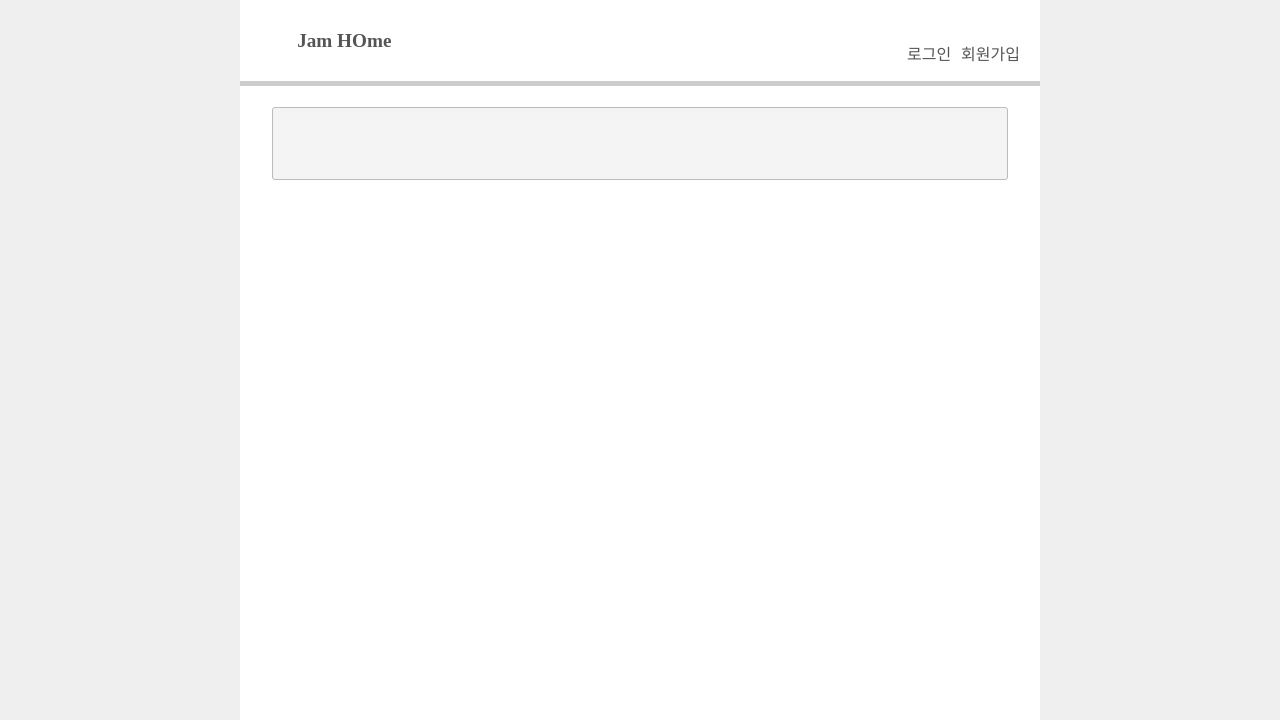
Repository: woals5636/JSPClass
Page: http://localhost/jspPro/days02/ex01.jsp
These files come from the project's save history. The page is drawn as it stood at one moment and after the next save; the edit follows.
The browser window is 1280 px wide. The pictures show the whole page.
Some web fonts or font styles are not loaded; a fallback is used. The page is served by Tomcat 9. Other server files are loaded and not shown. Queries for data that is not in the repository find no rows.

Above is the page before, as saved 2024-10-16 01:08:40.

### jspPro/src/main/webapp/days02/ex01.jsp
<%@page import="com.util.DBConn"%>
<%@page import="java.util.ArrayList"%>
<%@page import="org.doit.domain.DeptVO"%>
<%@page import="java.sql.ResultSet"%>
<%@page import="java.sql.PreparedStatement"%>
<%@page import="java.sql.Connection"%>
<%@ page contentType="text/html; charset=UTF-8" pageEncoding="UTF-8"%>
<%
	Connection conn = null;
	PreparedStatement pstmt = null;
	String sql = "SELECT * "
			+ " FROM dept";
	ResultSet rs = null;
	int deptno;
	String dname, loc;
	DeptVO vo = null;
	ArrayList<DeptVO> list = null;

	try{
		conn = DBConn.getConnection();
		// System.out.println("> conn = " + conn);
		// System.out.println("> isClosed = " + conn.isClosed());
		pstmt = conn.prepareStatement(sql);
		rs = pstmt.executeQuery();
		if( rs.next() ){
			list = new ArrayList<>();
			do{

				deptno = rs.getInt("deptno");
				dname = rs.getString("dname");
				loc = rs.getString("loc");

				vo = new DeptVO().builder().deptno(deptno).dname(dname).loc(loc).build();

				list.add(vo);

			}while( rs.next() );
		} // if

	}catch(Exception e){
		e.printStackTrace();
	}finally{
		try{
			pstmt.close();
			DBConn.close();
		}catch(Exception e){
			e.printStackTrace();
		}
	} // try catch
%>
<!DOCTYPE html>
<html>
<head>
<meta charset="UTF-8">
<title>Insert title here</title>
<link rel="shortcut icon" type="image/x-icon" href="http://localhost/jspPro/images/SiSt.ico">
<script src="https://ajax.googleapis.com/ajax/libs/jquery/3.7.1/jquery.min.js"></script>
<meta name="viewport" content="width=device-width, initial-scale=1.0">
<meta name="google" content="notranslate">
<link rel="stylesheet" href="http://localhost/jspPro/resources/cdn-main/example.css">
<script src="http://localhost/jspPro/resources/cdn-main/example.js"></script>
<style>
 span.material-symbols-outlined{
    vertical-align: text-bottom;
 }
</style>
</head>
<body>
<header>
  <h1 class="main"><a href="#" style="position: absolute;top:30px;">Jam HOme</a></h1>
  <ul>
    <li><a href="#">로그인</a></li>
    <li><a href="#">회원가입</a></li>
  </ul>
</header>
<div>
  <xmp class="code">

  </xmp>
</div>
</body>
</html>

### jspPro/src/main/java/com/util/DBConn.java
package com.util;

import java.sql.Connection;
import java.sql.DriverManager;
import java.sql.SQLException;

// 싱글톤 (Singleton)
public class DBConn {

   private static Connection conn = null;

   private DBConn() {

   }

   public static Connection getConnection() {

      if (conn == null) {
         // conn 생성...

         String className = "oracle.jdbc.driver.OracleDriver";
         String url = "jdbc:oracle:thin:@localhost:1521:xe";
         String user = "scott";
         String password = "tiger";

         // 1. JDBC 드라이버 로딩
         try {
            Class.forName(className);
            // 2. Connection
            conn = DriverManager.getConnection(url, user, password);
         } catch (ClassNotFoundException e) {
            // TODO Auto-generated catch block
            e.printStackTrace();
         } catch (SQLException e) {
            e.printStackTrace();
         }

      } // if

      return conn;

   }



   public static Connection getConnection(String url, String user, String password) {

      if (conn == null) {
         String className = "oracle.jdbc.driver.OracleDriver";

         // 1. JDBC 드라이버 로딩
         try {
            Class.forName(className);
            // 2. Connection
            conn = DriverManager.getConnection(url, user, password);
         } catch (ClassNotFoundException e) {
            // TODO Auto-generated catch block
            e.printStackTrace();
         } catch (SQLException e) {
            e.printStackTrace();
         }

      } // if

      return conn;

   } // getConnection

   public static void close() {
      try {
         if (conn != null && conn.isClosed() ) {
            conn.close();
         }
      } catch (SQLException e) {
         e.printStackTrace();
      }

      conn = null; // 중요함

   }



}

### jspPro/src/main/webapp/resources/cdn-main/example.css
@charset "UTF-8";

@import url('https://fonts.googleapis.com/css2?family=Material+Symbols+Outlined:opsz,wght,FILL,GRAD@20..48,100..700,0..1,-50..200');

@font-face {
    font-family: 'GmarketSansMedium';
    src: url('https://cdn.jsdelivr.net/gh/projectnoonnu/noonfonts_2001@1.1/GmarketSansMedium.woff') format('woff');
    font-weight: normal;
    font-style: normal;
}

:root {
	--text-color: #555;
	--sub-text-color: #777;
	--back-color: #EFEFEF;
	--header-color: #444;
	--primary-color: #DEDEDE;
	--secondary-color: #EFEFEF;
	--default-width: 800px;
	--narrow-width: 500px;
	--wide-width: 1200px;
	--text-font: 'GmarketSansMedium';
	--icon-font: 'Material Symbols Outlined';
	--border-color: #CCC;
}

html, body {
	margin: 0;
	padding: 0;
}

html {
	background-color: var(--back-color);
	display: flex;
	justify-content: center;
	min-height: 100vh;
}

body, body.default {
	width: var(--default-width);
	background-color: white;
	padding-bottom: 120px;
}

body.wide {
	width: var(--wide-width);
}

body.narrow {
	width: var(--narrow-width);
}



body, p, div, span, a, input, select, option, textarea, button, table, th, td, label, fieldset, legend {
	font-family: var(--text-font);
	color: var(--text-color);
}

h1, h2, h3 {
	font-family: var(--text-font);
	color: var(--header-color);
	padding: 0 1rem;
	padding-top: .5rem;
}

div > h1, div > h2, div > h3 {
	padding: 0;
}

body > div, body > main > div {
	padding: 0.3rem 1rem;
}


h1 { font-size: 2rem; border-bottom: 1px solid var(--border-color); }
h1 small { font-size: 1.2rem; color: var(--sub-text-color); }
h2 { font-size: 1.5rem; border-bottom: 1px dashed var(--border-color); }
h2 small { font-size: 1.1rem; color: --sub-text-color; }
h3 { font-size: 1.2rem; }
h3 small { font-size: 1rem; color: --sub-text-color; }



h1.main::before {
	font-family: var(--icon-font);
  	content: '\e666';
  	margin-right: 10px;
  	float: left;
	font-size: 2.5rem;
}

h1.sub::before {
	font-family: var(--icon-font);
  	content: '\ea19';
  	margin-right: 10px;
  	float: left;
	font-size: 2.5rem;
}


h1.page::before {
	font-family: var(--icon-font);
  	content: '\e0e0';
  	margin-right: 10px;
  	float: left;
	font-size: 2.5rem;
}

body > header > ul > li > .active{
	background-color: #FFF;
	color:#F00;
}

body > header {
	display: flex;
	justify-content: space-between;
	border-bottom: 5px solid var(--border-color);
	min-height: 74px;
	background-color: #FFF;
}

body > header.sticky {
	position: sticky;
	top: 0;
	z-index: 98;
}

body > header > h1 {
	font-size: 1.2rem;
	border: 0;
}

body > header.in > h1::before {
	font-family: var(--icon-font);
  	content: '\e332‥';
  	margin-right: 3px;
  	float: left;
	font-size: 2rem;
}


body > header > ul {
	list-style-type: none;
	display: flex;
	align-items: flex-end;
	margin-right: 10px;
}

body > header > ul > li {
	margin-right: 10px;
	cursor: pointer;
}

body > header > ul > li > a {
	cursor: pointer;
}


form {
	display: block;
}

form > div {
	padding: 0.3rem 1rem;
}

div > form > div {
	padding: 0.3rem 0;
}

input, textarea, button, select {
	border: 1px solid #BBB;
	border-radius: 3px;
	outline: none;
	resize: none;
	padding: 7px;
	margin: 0;
}

input[type=text]:read-only, textarea:read-only {
	cursor: not-allowed;
	background-color: #FFF;
}

input[type=text]:disabled, textarea:disabled {
	cursor: not-allowed;
	background-color: #EEE;
}

input[type=text], input[type=password], textarea, button, select {
	/* width: 300px; */
}

textarea {
	display: block;
	height: 100px;
}

input[type=button], input[type=submit], button {
	/* width: inherit; */
}

input.short, textarea.short, button.short, select.short {
	width: 100px;
}

input.long, textarea.long, button.long, select.long {
	width: 350px;
}

.narrow input.long, .narrow textarea.long, .narrow button.long, .narrow select.long {
	width: calc(100% - 20px);
}

input.full, textarea.full, button.full, select.full {
	width: calc(100% - 20px);
}

textarea.short {
	height: 50px;
}

textarea.long {
	height: 100px;
}

textarea.full {
	height: 200px;
}

input, textarea {
	padding-top: 8px;
}

input[type=button], input[type=submit], button {
	padding: 5px 10px;
	background-color: var(--secondary-color);
	cursor: pointer;
	min-height: 36px;
}

input[type=button].primary, input[type=submit].primary, button.primary {
	/* background-color: rgba(100, 149, 237, .2); */
	background-color: var(--primary-color);
}

input[type=button].primary:hover, input[type=submit].primary:hover, button.primary:hover {
	/* background-color: rgba(100, 149, 237, .3); */
	background-color: var(--secondary-color);
}

input[type=button]:hover, input[type=submit]:hover, button:hover {
	background-color: var(--primary-color);
}

button {
	position: relative;
	left: 0;
	top: 0;
	padding-left: 35px;
}

button .material-symbols-outlined {
	position: absolute;
	left: 10px;
	top: 4px;
}

/* k2nik add */
button.login::before {
	font-family: var(--icon-font);
  	content: '\ea77';
	position: absolute;
	left: 11px;
	top: 4px;
	font-size: 1.25rem;
}

/* k2nik logout */
button.logout::before {
	font-family: var(--icon-font);
  	content: '\e9ba';
	position: absolute;
	left: 11px;
	top: 4px;
	font-size: 1.25rem;
}

/* k2nik help */
button.help::before {
	font-family: var(--icon-font);
  	content: '\f1c0';
	position: absolute;
	left: 11px;
	top: 4px;
	font-size: 1.25rem;
}

button.add::before{
	font-family: var(--icon-font);
  	content: '\e746';
	position: absolute;
	left: 11px;
	top: 4px;
	font-size: 1.25rem;
}

button.back::before {
	font-family: var(--icon-font);
  	content: '\e166';
	position: absolute;
	left: 11px;
	top: 4px;
	font-size: 1.25rem;
}

button.list::before {
	font-family: var(--icon-font);
  	content: '\e0ee';
	position: absolute;
	left: 11px;
	top: 4px;
	font-size: 1.25rem;
}


button.del::before {
	font-family: var(--icon-font);
  	content: '\e872';
	position: absolute;
	left: 11px;
	top: 4px;
	font-size: 1.25rem;
}


button.edit::before {
	font-family: var(--icon-font);
  	content: '\e745';
	position: absolute;
	left: 11px;
	top: 4px;
	font-size: 1.25rem;
}


button.login::before {
	font-family: var(--icon-font);
  	content: '\ea77';
	position: absolute;
	left: 11px;
	top: 4px;
	font-size: 1.25rem;
}


button.logout::before {
	font-family: var(--icon-font);
  	content: '\e9ba';
	position: absolute;
	left: 11px;
	top: 4px;
	font-size: 1.25rem;
}


button.in::before {
	font-family: var(--icon-font);
  	content: '\f71a';
	position: absolute;
	left: 11px;
	top: 4px;
	font-size: 1.25rem;
}


button.out::before {
	font-family: var(--icon-font);
  	content: '\f70e';
	position: absolute;
	left: 11px;
	top: 4px;
	font-size: 1.25rem;
}


button.reply::before {
	font-family: var(--icon-font);
  	content: '\e15e';
	position: absolute;
	left: 11px;
	top: 4px;
	font-size: 1.25rem;
}


button.comment::before {
	font-family: var(--icon-font);
  	content: '\e0b9';
	position: absolute;
	left: 11px;
	top: 4px;
	font-size: 1.25rem;
}


button.modal::before {
	font-family: var(--icon-font);
  	content: '\e89e';
	position: absolute;
	left: 11px;
	top: 4px;
	font-size: 1.25rem;
}


button.ok::before {
	font-family: var(--icon-font);
  	content: '\e86c';
	position: absolute;
	left: 11px;
	top: 4px;
	font-size: 1.25rem;
}


button.cancel::before {
	font-family: var(--icon-font);
  	content: '\e5c9';
	position: absolute;
	left: 11px;
	top: 4px;
	font-size: 1.25rem;
}

button.search::before {
	font-family: var(--icon-font);
  	content: '\e8b6';
	position: absolute;
	left: 11px;
	top: 4px;
	font-size: 1.25rem;
}

button.home::before {
	font-family: var(--icon-font);
  	content: '\e88a';
	position: absolute;
	left: 11px;
	top: 4px;
	font-size: 1.25rem;
}


button.sidebar::before {
	font-family: var(--icon-font);
  	content: '\f7e4';
	position: absolute;
	left: 11px;
	top: 4px;
	font-size: 1.25rem;
}


button.sidebar-right::before {
	font-family: var(--icon-font);
  	content: '\f7e5';
	position: absolute;
	left: 11px;
	top: 4px;
	font-size: 1.25rem;
}




button::before {
	font-family: var(--icon-font);
  	content: '\e323';
	position: absolute;
	left: 11px;
	top: 4px;
	font-size: 1.25rem;
}


table {
	border-collapse: collapse;
	margin: 1rem;
	box-sizing: border-box;
	width: calc(100% - 32px);
}

table.content {
	width: auto;
}

div > table {
	margin: 0;
}

table th, table td {
	border: 1px solid var(--border-color);
	padding: 7px;
	font-weight: normal;
}

table th {
	background-color: var(--back-color);
}

table.vertical th {
	width: 150px;
}

table.vertical td {
	width: calc(100% - 182px);
	padding-left: 10px;
}

table.content td, table.content th {
	width: auto;
}

body.narrow table.vertical th {
	width: 100px;
}

body.narrow table.vertical td {
	width: calc(100% - 182px);
}


table + table {
	margin-top: 30px;
}


p {
	padding: 0 1rem;
}

a {
	text-decoration: none;
}

a:hover {
	color: rgba(255, 99, 71, .7);
}

hr {
	border: 0;
	border-top: 1px solid var(--border-color);
	margin: 2rem 0;
}

.message {
	border: 1px solid var(--border-color);
	background-color: #EFEFEF;
	margin: 1rem;
	width: auto;
	padding-top: 10px;
	padding-bottom: 10px;
	font-size: 14px;
}

.message[title]::before {
	content: attr(title);
	display: block;
	border-bottom: 1px solid var(--border-color);
	padding-bottom: 5px;
	margin-bottom: 10px;
	margin-top: 7px;
}

.message.short {
	max-width: 250px;
}

.message.long {
	max-width: 500px;
}

.badge {
	float: right;
	font-size: .8rem;
	margin-top: 2px;
	margin-right: 2px;
	text-shadow: 0 0 7px gray;
}

.badge.left {
	float: none;
	margin-left: 2px;
}

.badge.right {
	float: right;
}

.badge.red {
	border-radius: 50%;
	padding: 2px 5px;
	background-color: rgb(255, 99, 71, .3);
}

.badge.yellow {

	border-radius: 50%;
	padding: 2px 5px;
	background-color: rgb(255, 215, 0, .5);
}

.badge.blue {
	border-radius: 50%;
	padding: 2px 5px;
	background-color: rgb(100, 149, 237, .3);
}

label + label {
	margin-left: 7px;
}

label input[type=checkbox], label input[type=radio] {
	transform: translate(0, 1px);
}

.group {
	display: flex;
}

.modal-content .group {
	margin-bottom: .5rem;
}

.group label {
	border: 1px solid #BBB;
	border-radius: 3px;
	outline: none;
	resize: none;
	padding: 7px 14px;
	margin: 0;
	border-top-right-radius: 0;
	border-bottom-right-radius: 0;
	background-color: #EFEFEF;
	white-space: nowrap;
	font-size: 14px;
}

.group input[type=text] {
	margin-left: -1px;
	border-top-left-radius: 0;
	border-bottom-left-radius: 0;
}

.group select {
	margin-left: -1px;
	border-top-left-radius: 0;
	border-bottom-left-radius: 0;
}

.group input.full[type=text] {
	margin-left: -1px;
	border-top-left-radius: 0;
	border-bottom-left-radius: 0;
	width: 100%;
}

.group input[type=button]:first-child, .group button:first-child {
	border-top-left-radius: 3px;
	border-bottom-left-radius: 3px;
	margin-left: 0px;
}

.group input[type=button], .group button {
	border-radius: 0;
	margin-left: -1px;
}

.group input[type=button]:last-child, .group button:last-child {
	margin-left: -1px;
	border-top-right-radius: 3px;
	border-bottom-right-radius: 3px;
}

.seperate {
	display: flex;
	justify-content: space-between;
}

div.list {
	width: max-content;
	margin: 1rem;
	border: 1px solid #BBB;
	border-radius: 3px;
	padding: 0;
}

div.list.full {
	width: auto;
	display: block;
	margin: 1rem;
	border: 1px solid #BBB;
	border-radius: 3px;
	padding: 0;
}

div.list > div {
	padding: .5rem 1rem;
	margin: 0;
	border-bottom: 1px solid #BBB;
}

div.list > div:last-child {
	border-bottom: 0;
}

pre.code , xmp.code{
	font-family: consols;
	background-color: rgba(150, 150, 150, .1);
	border: 1px solid #BBB;
	border-radius: 3px;
	padding: .5rem 1rem;
	padding-bottom: .6rem;
	margin: 1rem;
}




*[data-modal-window] {
	position: fixed;
	background-color: rgba(0, 0, 0, .3);
	left: 0;
	top: 0;
	display: none;
	justify-content: center;
	align-items: flex-start;
	width: 100%;
	min-height: 100vh;
	z-index: 100;
	opacity: 0;
	transition: 500ms all;
}

*[data-modal-window] .modal-container {
	border-radius: 5px;
	padding: 1rem;
	padding-bottom: .5rem;
	margin-top: -500px;
	opacity: 0;
	width: 500px;
	background-color: #FFF;
	margin-right: 2rem;
	transition: 500ms all;
}

*[data-modal-size=content] .modal-container {
	width: auto;
}

*[data-modal-size=narrow] .modal-container {
	width: 300px;
}

*[data-modal-size=wide] .modal-container {
	width: 760px;
}


*[data-modal-window] .modal-header {
	border-bottom: 1px solid var(--border-color);
	padding: 2px 5px;
}

*[data-modal-window] .modal-content {
	padding: 1rem 5px;
}

*[data-modal-window] .modal-content div:last-child {
	margin-top: 1rem;
	text-align: right;
}



*[data-sidebar-window] {
	position: fixed;
	background-color: #FFF;
	left: 0;
	top: 0;
	display: block;
	width: 300px;
	border-right: 1px solid var(--border-color);
	box-sizing: border-box;
	box-shadow: 0 0 3px var(--back-color);
	min-height: 100vh;
	z-index: 99;
	transform: translate(-300px, 0);
	transition-duration: 500ms;
	transition-property: transform;
}

*[data-sidebar-direction=right] {
	left: auto;
	right: 0;
	transform: translate(300px, 0);
	border-left: 1px solid var(--border-color);
}

*[data-sidebar-size=wide] {
	width: 500px;
	transform: translate(-500px, 0);
}

*[data-sidebar-window] .sidebar-title {
	border-bottom: 1px solid var(--border-color);
	margin-top: 20px;
	margin-bottom: 20px;
	padding-bottom: 5px;
	display: flex;
	justify-content: space-between;
}

*[data-sidebar-window] .sidebar-title span:last-child {
	cursor: pointer;
}


/* K2Nik pagination */
.center {
  text-align: center;
}

.pagination {
  display: inline-block;
}

.pagination a {
  color: black;
  float: left;
  padding: 3px 6px;
  text-decoration: none;
  transition: background-color .3s;
  border: 1px solid #ddd;
  margin: 0 3px;
}

.pagination a.active {
  background-color: #4CAF50;
  color: white;
  border: 1px solid #4CAF50;
}

.pagination a:hover:not(.active) {background-color: #ddd;}

### jspPro/src/main/webapp/resources/cdn-main/example.js

window.onload = () => {

    const list = document.querySelectorAll('input, textarea');

    list.forEach(item => {
        item.setAttribute('autocomplete', 'off');
    });


    const modal_btn_list = document.querySelectorAll('*[data-modal-button]');

    modal_btn_list.forEach(item => {
        item.onclick = function() {

            const name = this.dataset['modalButton'];
            const modal_window = document.querySelector('*[data-modal-window=' + name);

            const container = document.createElement('div');
            container.className = 'modal-container';



            const modal_header = document.createElement('div');
            modal_header.textContent = modal_window.dataset['modalTitle'];
            modal_header.className = 'modal-header';
            container.appendChild(modal_header);

            const modal_content = document.createElement('div');
            modal_content.className = 'modal-content';
            container.appendChild(modal_content);

            Array.from(modal_window.childNodes).forEach(item => {
                modal_content.appendChild(item);
            });

            modal_window.appendChild(container);

            modal_window.style.display = 'flex';

            setTimeout(() => {
                modal_window.style.opacity = 1;
                container.style.marginTop = '20px';
                container.style.opacity = 1;
            }, 50);


            const modal_ok = document.querySelector('*[data-modal-ok=' + name);
            modal_ok.addEventListener('click', function() {
                modal_window.style.opacity = 0;
                container.style.marginTop = '-500px';
                container.style.opacity = 0;

                setTimeout(() => {
                    modal_window.innerHTML = modal_content.innerHTML;
                    modal_window.style.display = 'none';
                }, 500);

            });

            const modal_cancel = document.querySelector('*[data-modal-cancel=' + name);
            modal_cancel.addEventListener('click', function() {

                modal_window.style.opacity = 0;
                container.style.marginTop = '-500px';
                container.style.opacity = 0;

                setTimeout(() => {
                    modal_window.innerHTML = modal_content.innerHTML;
                    modal_window.style.display = 'none';
                }, 500);
            });


        };
    });


    const sidebar_btn_list = document.querySelectorAll('*[data-sidebar-button]');

    sidebar_btn_list.forEach(item => {
        item.onclick = function() {



            const name = this.dataset['sidebarButton'];
            const sidebar_window = document.querySelector('*[data-sidebar-window=' + name);

            if (sidebar_window.style.transform == 'translate(0px, 0px)') return;



            sidebar_window.style.transform = 'translate(0, 0)';

            const sidebar_title = document.createElement('div');
            sidebar_title.className = 'sidebar-title';
            sidebar_title.innerHTML = '<span>' + sidebar_window.dataset['sidebarTitle'] + '</span><span class="material-symbols-outlined">close</span>';

            sidebar_title.children[1].onclick = function() {

                let sign = 1;
                let distance = 300;

                if (sidebar_window.dataset['sidebarDirection'] != 'right') {
                    sign = -1;
                } else {
                    sign = 1;
                }

                if (sidebar_window.dataset['sidebarSize'] != 'wide') {
                    distance = 300;
                } else {
                    distance = 500;
                }

                distance *= sign;

                sidebar_window.style.transform = 'translate(' + distance + 'px, 0)';

                setTimeout(function() {
                    sidebar_window.removeChild(sidebar_window.children[0]);
                }, 500);
            };


            sidebar_window.prepend(sidebar_title);

        }
    });

};

// window.onkeydown = function(event) {

//     if (event.keyCode == 27) {
//         if (document.querySelector('[data-modal-window').style.display == 'flex') {
//             document.querySelector('[data-modal-window').style.display = 'none';
//         }
//     }

// };

After the next save:
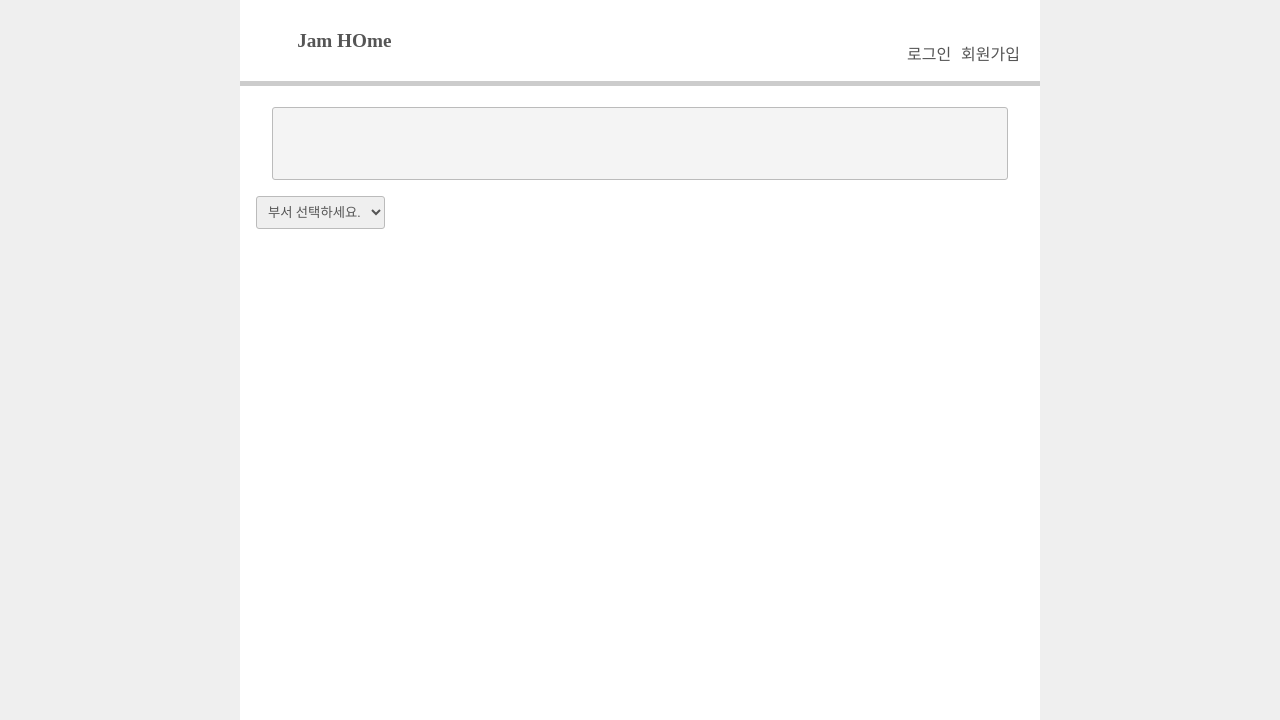
Saved 90 s later.
--- a/jspPro/src/main/webapp/days02/ex01.jsp
+++ b/jspPro/src/main/webapp/days02/ex01.jsp
@@ -77,6 +77,10 @@
   <xmp class="code">
 
   </xmp>
+
+  <select id="deptno" name="deptno">
+  	<option>부서 선택하세요.</option>
+  </select>
 </div>
 </body>
 </html>
